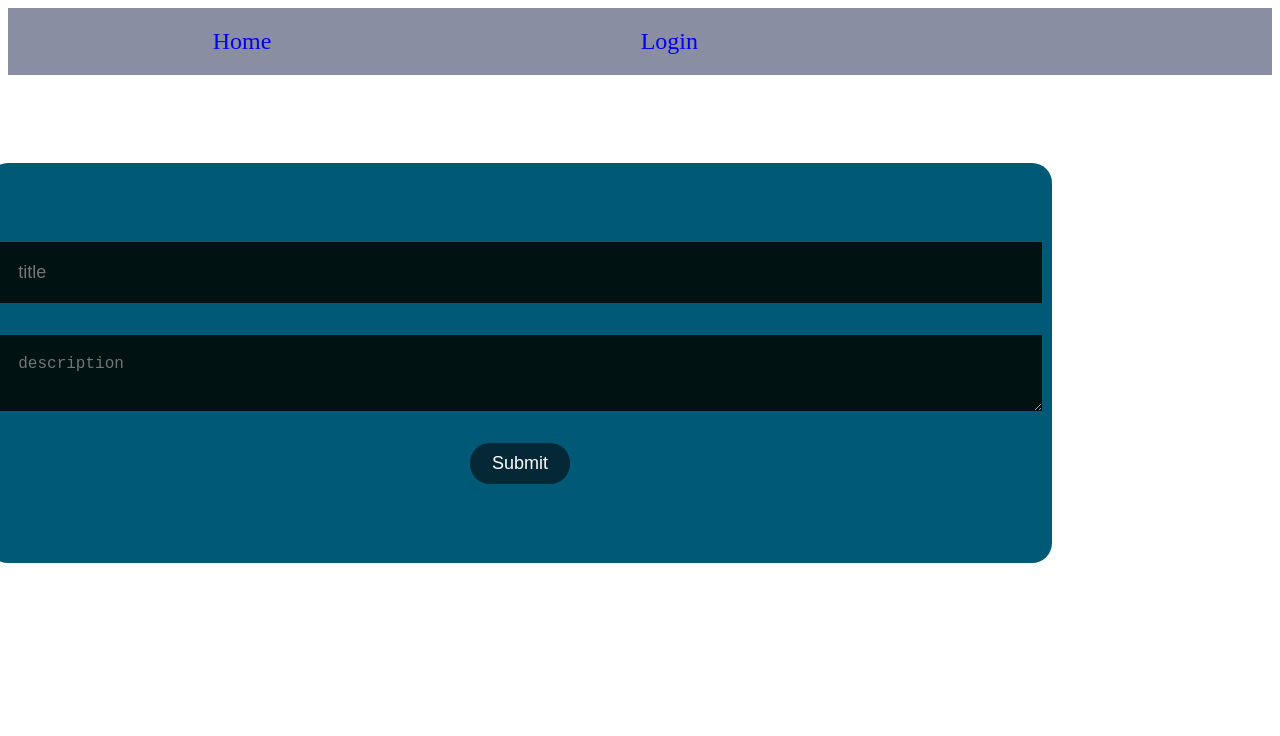
Repository: albinsabu2023/postapp
Page: /createpost
The author's editor kept a copy of each file at every save. The page is drawn from the files as they stood at one save, then again after the next save.
The browser window is 1280 px wide. The pictures show the whole page.
The project was rebuilt for these pictures with package versions that can differ from the ones it lists, and the page was loaded fresh each time. Also part of the build but not shown: src/index.css, src/Components/main/PostCard.css, src/Components/main/PostCard.tsx, src/Components/main/Home.css, src/Components/main/Home.tsx, src/Components/Login.tsx.

Above is the page before, as saved 2024-02-06 03:19:50.

### src/index.tsx
import React from 'react';
import ReactDOM from 'react-dom/client';
import "./index.css"
import App from './App';

const root = ReactDOM.createRoot(
  document.getElementById('root') as HTMLElement
);
root.render(
  <React.StrictMode>
    <App />
  </React.StrictMode>
);

### src/App.tsx
import  {BrowserRouter as Router,Routes,Route} from "react-router-dom"
import './App.css';
import Home from "./Components/main/Home";
import Login from "./Components/Login";
import Navbar from "./Components/Navbar";
import CreatePosts from "./create-post/CreatePosts";


function App() {
  return (
    <div className="App">
      <Router>
         <Navbar/>
        <Routes>
          <Route path ="/" element={<Home/>}/>
          <Route path="/login" element={<Login/>}/>
          <Route path="/createpost" element={<CreatePosts/>}/>
        </Routes>
      </Router>
    </div>
  );
}

export default App;

### src/App.css
.App{

  height: 100vh;

}

### src/Components/Navbar.tsx

import { Link } from 'react-router-dom'
import  "./Navbar.css"
import {auth } from  "../config/firebase"
import { useAuthState } from 'react-firebase-hooks/auth'
import { signOut } from 'firebase/auth'
function Navbar() {
    const  [user] =useAuthState(auth);
    const signUserOut =async ()=>{
        await signOut(auth);
    }
  return (
    <div className="navContainer">
        <Link to ="/">Home</Link>

        {
            !user ?
            <Link to ="Login">Login</Link> :
            <Link to ="/createpost">CreatePost</Link>
        }
        <div>
            {user&&
            <>
            <p>{user?.displayName}</p>
            <img src={user?.photoURL|| "" } alt="" width="30" height="30"
            />
            <button onClick={signUserOut}>Logout</button>
            </>
            }
        </div>


    </div>
  )
}

export default Navbar

### src/create-post/CreatePosts.tsx
import React from 'react'
import CreateForm from './CreateForm'
import "./CreatePost.css"
function CreatePosts() {



  return (
    <div  className="formContainer">
        <CreateForm />

    </div>
  )
}

export default CreatePosts

### src/config/firebase.ts
// Import the functions you need from the SDKs you need
import { initializeApp } from "firebase/app";
import {getAuth,GoogleAuthProvider} from "firebase/auth"
// Your web app's Firebase configuration
import {getFirestore} from "firebase/firestore"
const firebaseConfig = {
  apiKey: "AIzaSyAXzQPkCsYKttYouVkFv4r2aLbj-85i5zE",
  authDomain: "react-course-dd6fc.firebaseapp.com",
  projectId: "react-course-dd6fc",
  storageBucket: "react-course-dd6fc.appspot.com",
  messagingSenderId: "692642929267",
  appId: "1:692642929267:web:22ba5d27ba69920755e806"
};
// Initialize Firebase
const app = initializeApp(firebaseConfig);
export const auth=getAuth(app);
export const provider = new GoogleAuthProvider();
export const db =getFirestore(app)

### src/Components/Navbar.css
.navContainer{
    display: flex;
    align-items: center;
    justify-content: space-around;
    background-color: rgb(138, 142, 162);
    padding: 20px;



}
.navContainer :link{
    text-decoration:none;
    text-decoration-color: rgb(128, 127, 127);
    font-size: x-large;

}

### src/create-post/CreateForm.tsx
import React from 'react'
import "./CreateForm.css"
import  {useForm} from "react-hook-form"
import * as yup from "yup"
import {yupResolver} from "@hookform/resolvers/yup"
import {auth,db} from "../config/firebase"
import { useAuthState } from 'react-firebase-hooks/auth'
import { addDoc,collection } from 'firebase/firestore'
import { useNavigate } from 'react-router-dom'
interface CreateFormData {
  title:string,
  description:string,

}
function CreateForm() {
  const navigate =useNavigate();
  const [user]=useAuthState(auth);
  const schema =yup.object().shape({
    title:yup.string().required("hei enter title"),
    description:yup.string().required("enter the description"),


  })
  const postRef =collection (db,"posts");

  const  {register,handleSubmit,formState:{errors}}=useForm<CreateFormData>({
     resolver :yupResolver(schema),
  })
  const createpost =async (data:CreateFormData)=>{
    await addDoc(postRef,{
      title:data.title,
      description:data.description,
      username :user?.displayName,
      userId:user?.uid
    })
    navigate("/");

  }
  return (
    <form onSubmit ={handleSubmit(createpost)}>
      <input placeholder='title' {...register("title")}/>
      <p className="warning">{errors.title?.message}</p>
      <textarea placeholder='description' maxLength={60} {...register("description")}/>
      <p className='warning'>{errors.description?.message}</p>
      <input  className='submitButton' type="submit" />

    </form>
  )
}

export default CreateForm

### src/create-post/CreatePost.css
.formContainer{
    display: flex;
    flex-direction: column;
    align-items: center;
    height: 80vh;
    justify-content: center;

    width: 80vw;

}

### src/create-post/CreateForm.css
form{
    display: flex;
    flex-direction:column;
    padding: 20px;
    background-color: rgb(0, 89, 118);
    align-items: center;
    justify-content: center;
    margin: 20px;
    border-radius: 20px;
    width: 80vw;
    height: 50vh;
}
form input,textarea{
    background-color: rgb(0, 18, 18);
    padding: 20px;

    width: 98%;
    color: white;
    font-size: large;
    border: none;

}

form input,textarea:focus {
    outline:none
}
.submitButton{
    background-color:rgb(5, 40, 55);
    border-radius: 20px;
    width: 100px;
    cursor: pointer;
    padding: 10px;


}
.submitButton:hover {
    background-color: rgb(1, 4, 6);
    border-radius: 20px;
    width: 100px;
    cursor: pointer;


}

Loaded but not shown: public/index.html (common file)

After the next save:
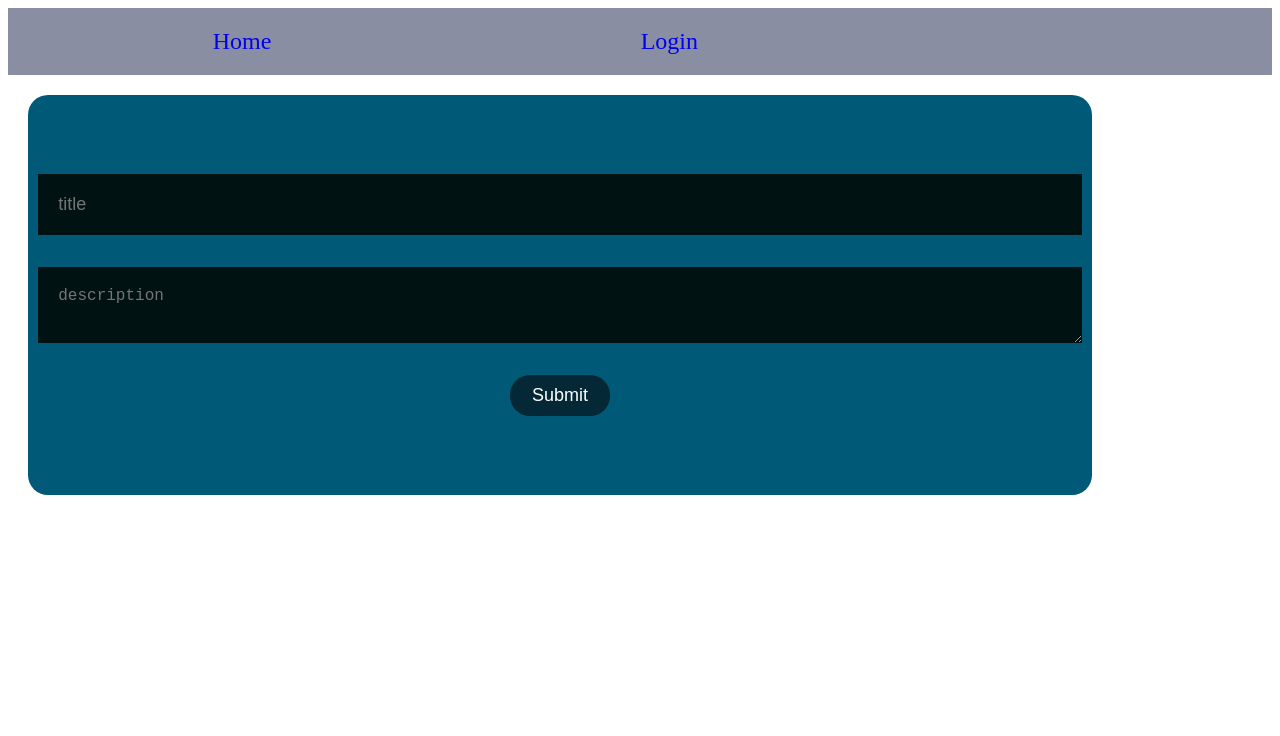
Saved 16 s later.
--- a/src/create-post/CreatePost.css
+++ b/src/create-post/CreatePost.css
@@ -1,10 +1,4 @@
 .formContainer{
-    display: flex;
-    flex-direction: column;
-    align-items: center;
-    height: 80vh;
-    justify-content: center;
 
-    width: 80vw;
 
 }
